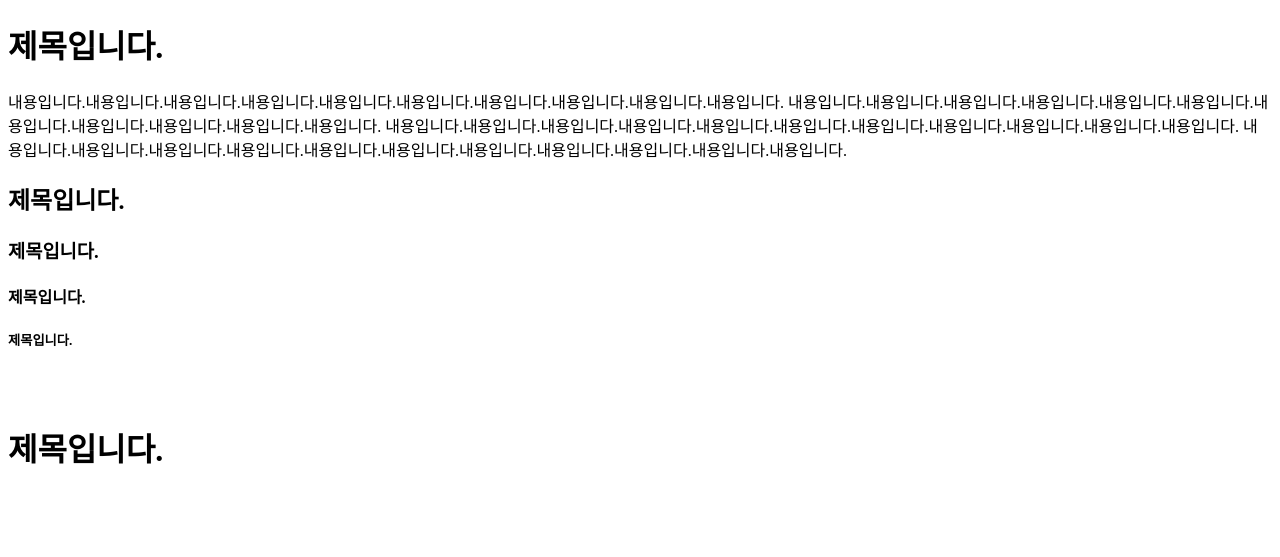
Repository: sinsujung/client
Page: ClientTest/src/main/webapp/html/ex07_heading.html
The author's editor kept a copy of each file at every save. The page is drawn from the files as they stood at one save, then again after the next save.
The browser window is 1280 px wide. The pictures show the whole page.

Above is the page before, as saved 2023-09-20 00:27:19.

After the next save:
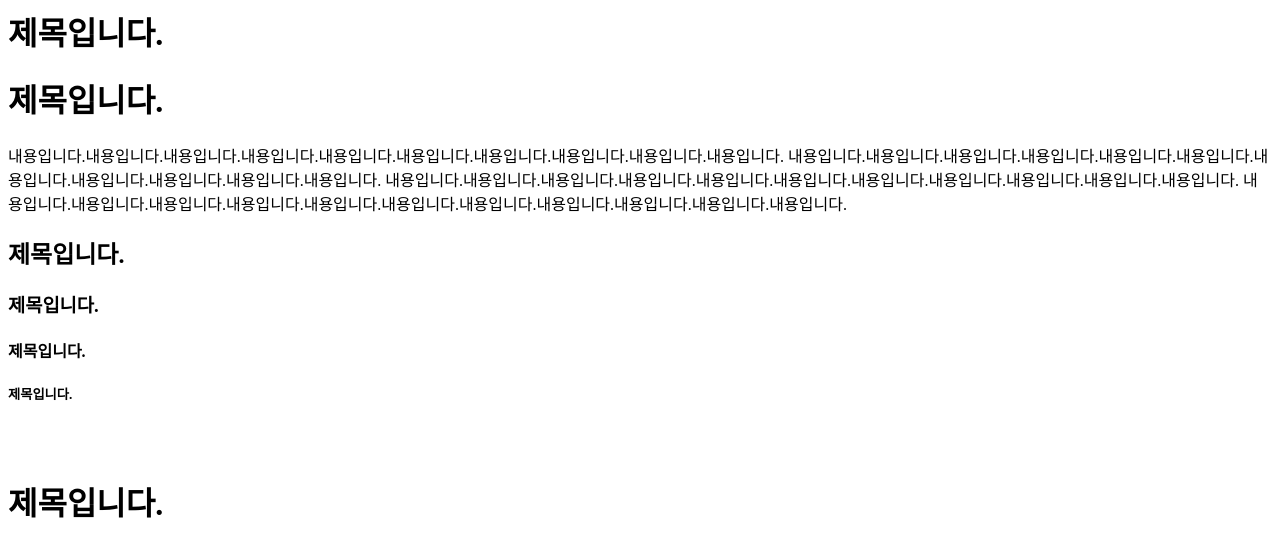
Saved 3 min 58 s later.
--- a/ClientTest/src/main/webapp/html/ex07_heading.html
+++ b/ClientTest/src/main/webapp/html/ex07_heading.html
@@ -17,10 +17,12 @@
 	- 쌍태그
 	- 혼합형
 
-	****** 태그의 출력 결과는 중요하지 않음 > 화면에 어떻게 보이는지는 그다지 중요하지 않다.
+	****** 태그의 출력 결과는 중요하지 않음 > 화면에 어떻게 보이는지는
+			그다지 중요하지 않다. > 화면 > css 재정의 !!
+	****** 모든 태그 > 의미에 맞는 활용 >
+ -->
 
-
- -->
+ 	<font size="6"><b>제목입니다.</b></font>
 
  	<h1>제목입니다.</h1>
  	<p>내용입니다.내용입니다.내용입니다.내용입니다.내용입니다.내용입니다.내용입니다.내용입니다.내용입니다.내용입니다.
